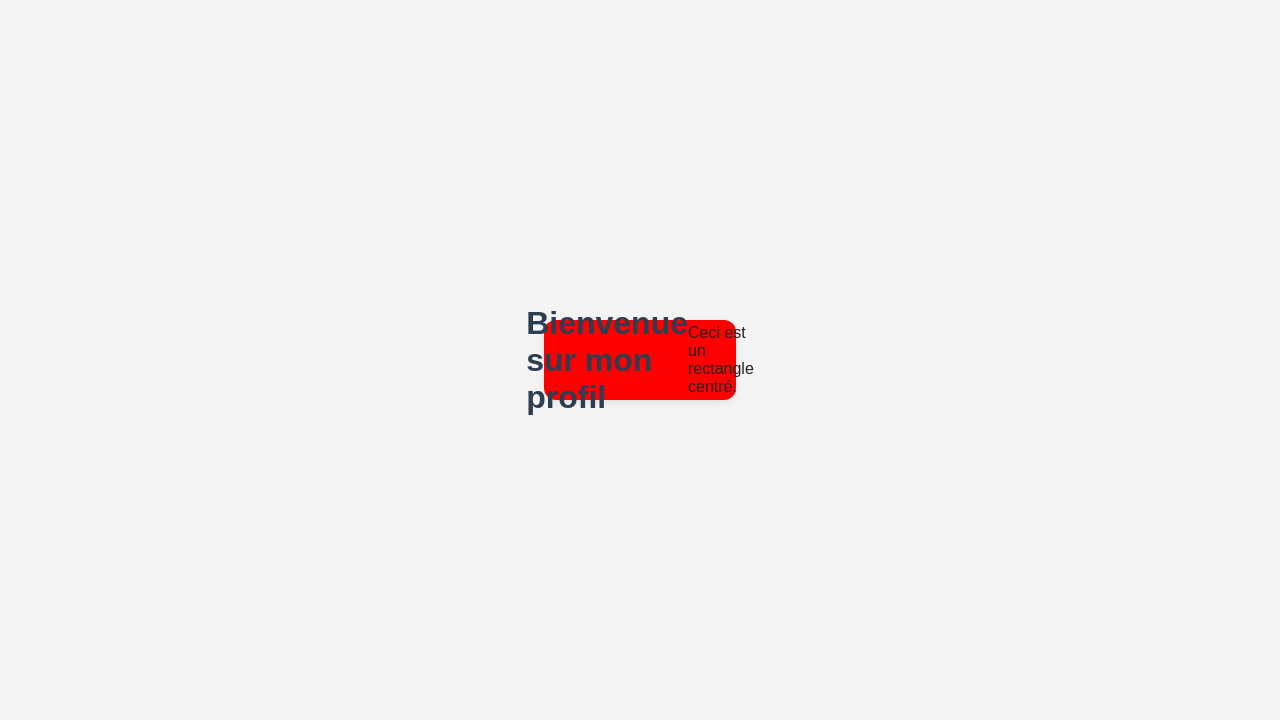
Repository: quadrinex/profile
Page: index.html
An editor plug-in stored every save of this project. The page is shown before and after the next save, followed by the edit.
The browser window is 1280 px wide. The pictures show the whole page.

Above is the page before, as saved 2025-06-30 16:08:58.

After the next save:
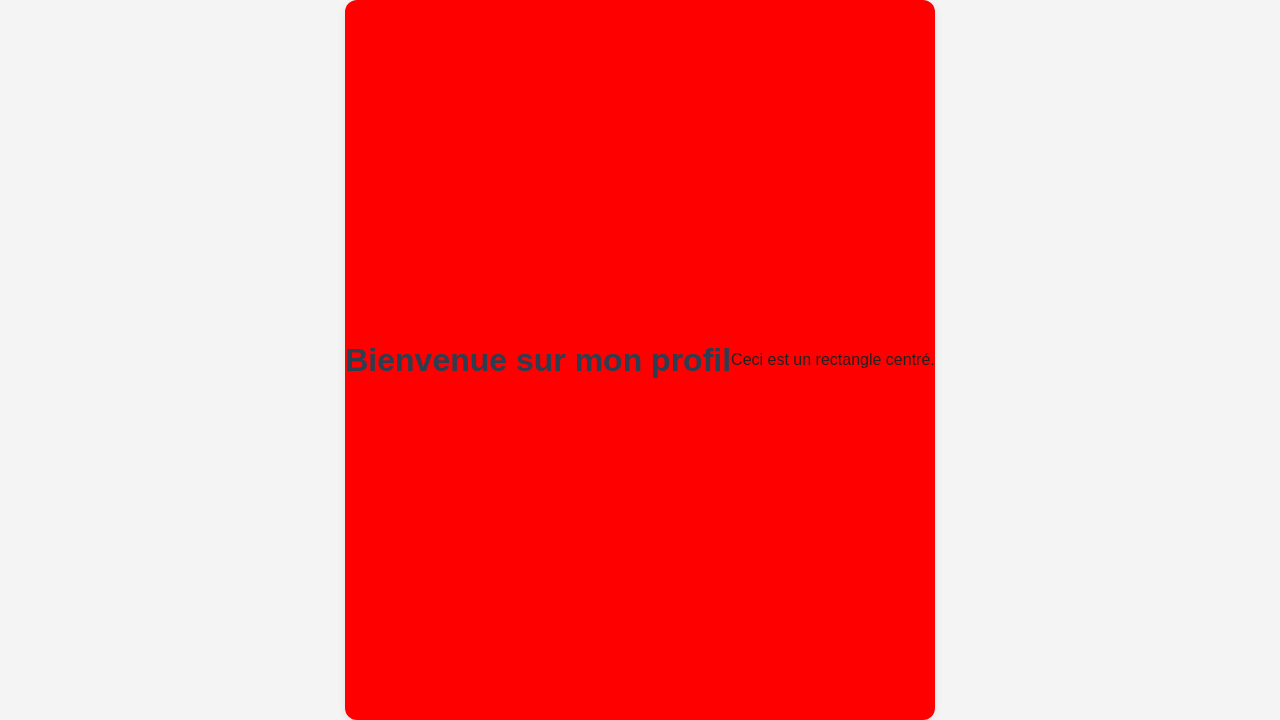
Saved 29 s later.
--- a/main.css
+++ b/main.css
@@ -30,7 +30,5 @@
     align-items: center;
     position: fixed;
     inset: 0px;
-    width: 12rem;
-    height: 5rem;
     margin: auto;
 }
